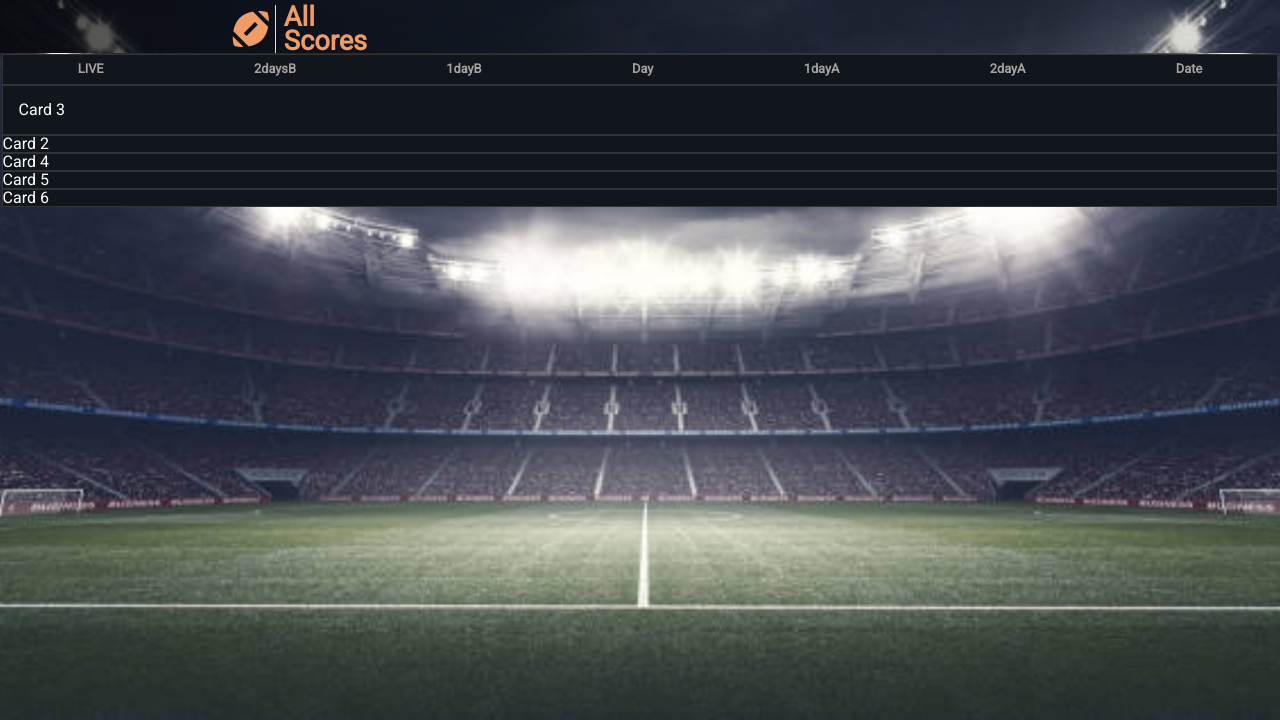
Repository: boomshakar/AllScores
Page: index.html
These files come from the project's save history. The page is drawn as it stood at one moment and after the next save; the edit follows.
The browser window is 1280 px wide. The pictures show the whole page.
The style sheet was rebuilt from its Sass, Less or Tailwind sources for each picture, by a compiler version that may differ from the author's.

Above is the page before, as saved 2021-03-30 02:37:56.

### index.html
<!DOCTYPE html>
<html lang="en">
  <head>
    <meta charset="UTF-8" />
    <meta http-equiv="X-UA-Compatible" content="IE=edge" />
    <meta name="viewport" content="width=device-width, initial-scale=1.0" />
    <title>All Scores</title>
    <link rel="stylesheet" href="css/main.css" />
    <link
      rel="stylesheet"
      href="https://fonts.googleapis.com/icon?family=Material+Icons"
    />
  </head>
  <body>
    <header>
      <a href="index.html" class="head-name__logo">
        <span class="material-icons md-48">sports_football</span>
        <h1>All<br />Scores</h1>
      </a>
      <ul class="head-name">
        <a href="index.html"
          ><li class="head-name__mob active">
            <span class="material-icons md-36">sports_soccer</span>
            <h3>Soccer</h3>
          </li></a
        >
        <a href="#"
          ><li class="head-name__mob">
            <span class="material-icons md-36">sports_basketball</span>
            <h3>Basket</h3>
          </li></a
        >
        <a href="#"
          ><li class="head-name__mob">
            <span class="material-icons md-36">golf_course</span>
            <h3>Golf</h3>
          </li></a
        >
        <a href="#"
          ><li class="head-name__mob">
            <span class="material-icons md-36">sports_tennis</span>
            <h3>Tennis</h3>
          </li></a
        >
      </ul>
      <div class="menu-btn">
        <span class="menu-btn__burger"></span>
      </div>
      <nav class="nav">
        <ul class="menu-nav">
          <div class="menu-nav__time">
            Lorem ipsum, dolor sit amet consectetur adipisicing elit. Qui
            quidem, dignissimos asperiores totam nesciunt laborum at consectetur
            nam temporibus ea.
          </div>
          <li class="menu-nav__item active">
            <a href="index.html" class="menu-nav__link">Soccer</a>
          </li>
          <li class="menu-nav__item">
            <a href="#" class="menu-nav__link">Basketball</a>
          </li>
          <li class="menu-nav__item">
            <a href="#" class="menu-nav__link">Tennis</a>
          </li>
          <li class="menu-nav__item">
            <a href="#" class="menu-nav__link">Hockey</a>
          </li>
          <li class="menu-nav__item">
            <a href="#" class="menu-nav__link">Golf</a>
          </li>
          <li class="menu-nav__item">
            <a href="#" class="menu-nav__link">Basketball</a>
          </li>
          <li class="menu-nav__item">
            <a href="#" class="menu-nav__link">Tennis</a>
          </li>
          <li class="menu-nav__item">
            <a href="#" class="menu-nav__link">Hockey</a>
          </li>
          <li class="menu-nav__item">
            <a href="#" class="menu-nav__link">Golf</a>
          </li>
          <li class="menu-nav__item">
            <a href="#" class="menu-nav__link">Basketball</a>
          </li>
          <li class="menu-nav__item">
            <a href="#" class="menu-nav__link">Tennis</a>
          </li>
          <li class="menu-nav__item">
            <a href="#" class="menu-nav__link">Hockey</a>
          </li>
          <li class="menu-nav__item">
            <a href="#" class="menu-nav__link">Golf</a>
          </li>
          <div class="menu-nav__foot">
            Lorem ipsum dolor sit amet consectetur adipisicing elit. Quisquam
            quod neque provident ex cumque adipisci, iusto, tempora quibusdam
            maxime, magni autem perferendis? Quibusdam, tenetur. Laudantium,
            velit reiciendis deleniti perferendis nesciunt vitae dolores itaque
            aut voluptas dolor veritatis. Optio ducimus consectetur nisi sequi,
            nesciunt id quis mollitia, laborum voluptates necessitatibus modi.
          </div>
        </ul>
      </nav>
    </header>
    <div class="grid-contain">
      <span class="card">
        <div class="date-select">
          <a href="#" class="date-select__link"
            ><div class="date-select__match">LIVE</div></a
          >
          <a href="#" class="date-select__link"
            ><div class="date-select__match">2daysB</div></a
          >
          <a href="#" class="date-select__link"
            ><div class="date-select__match">1dayB</div></a
          >
          <a href="#" class="date-select__link"
            ><div class="date-select__match">Day</div></a
          >
          <a href="#" class="date-select__link"
            ><div class="date-select__match">1dayA</div></a
          >
          <a href="#" class="date-select__link"
            ><div class="date-select__match">2dayA</div></a
          >
          <a href="#" class="date-select__link"
            ><div class="date-select__match">Date</div></a
          >
        </div>
      </span>
      <div class="card">Card 2</div>
      <div class="card">Card 3</div>
      <div class="card">Card 4</div>
      <div class="card">Card 5</div>
      <div class="card">Card 6</div>
    </div>
  </body>
  <script src="main.js"></script>
</html>

### main.js
const menuBtn = document.querySelector(".menu-btn");
const menuBurger = document.querySelector(".menu-btn__burger");
const nav = document.querySelector(".nav");
const headName = document.querySelector(".head-name");
const menuNav = document.querySelector(".menu-nav");
const menuNavList = document.querySelectorAll(".menu-nav__item");

let menuOpen = false;

menuBtn.addEventListener("click", toggleMenu);

function toggleMenu() {
  if (!menuOpen) {
    menuBurger.classList.add("open");
    nav.classList.add("open");
    headName.classList.add("open");
    menuNav.classList.add("open");
    menuNavList.forEach((item) => item.classList.add("open"));

    menuOpen = true;
  } else {
    menuBurger.classList.remove("open");
    nav.classList.remove("open");
    headName.classList.remove("open");
    menuNav.classList.remove("open");
    menuNavList.forEach((item) => item.classList.remove("open"));

    menuOpen = false;
  }
}

### scss/main.scss
@import "config";
@import "menu";
@import "home";
@import "responsive";

body {
  position: relative;
  background: $primary-color;
  color: $text-color;
  height: 100vh;
  font-family: "Roboto", "Segoe UI", Tahoma, Verdana, sans-serif;
  line-height: 1;
  background: url(../img/stadium3.jpg);
  background-size: cover;
  background-repeat: no-repeat;
  background-position: center;
  background-attachment: fixed;
}

header {
  display: flex;
  z-index: 2;
  background: linear-gradient(to right, rgba(#000, 0.7), rgba(#000, 0.1)),
    url(../img/head.jpg);
  background-size: cover;
  background-repeat: no-repeat;
  position: fixed;
  width: 100vw;
  padding-top: 0.3rem;

  a {
    color: $secondary-color;
  }
}

### scss/_config.scss
$primary-color: #24303a;
$secondary-color: #ee9d68;
$text-color: #fae56f;
$text-color2: rgb(167, 162, 162);

* {
  box-sizing: border-box;
  margin: 0;
  padding: 0;
  outline: 0;
  list-style: none;
}
a {
  text-decoration: none;
}

@import url("https://fonts.googleapis.com/css2?family=Roboto&display=swap");

@mixin transition-mix {
  transition: all 0.5s ease-in-out;
}

@mixin media-xxsm {
  @media screen and (max-width: 313px) {
    @content;
    ul.head-name {
      visibility: hidden;
    }
  }
}

@mixin media-xsm {
  @media screen and (min-width: 314px) and (max-width: 359px) {
    @content;
  }
}

@mixin media-sm {
  @media screen and (min-width: 360px) and (max-width: 399px) {
    @content;
  }
}

@mixin media-smd {
  @media screen and (min-width: 400px) {
    @content;
  }
}

@mixin media-md {
  @media screen and (min-width: 500px) {
    @content;
  }
}

@mixin media-lg {
  @media screen and (min-width: 700px) {
    @content;
  }
}

@mixin media-xl {
  @media screen and (min-width: 1000px) {
    @content;
  }
}

### scss/_menu.scss
.menu-btn {
  position: fixed;
  z-index: 1;
  width: 28px;
  height: 20px;
  top: 0.8rem;
  right: 0.7rem;
  background: transparent;
  cursor: pointer;
  @include transition-mix;
  &__burger {
    position: absolute;
    width: 20px;
    height: 3px;
    right: 0.5rem;
    top: 0.5rem;
    background: pink;
    border-radius: 5px;
    @include transition-mix;

    &::before {
      content: "";
      position: absolute;
      width: 28px;
      height: 3px;
      top: -8px;
      background: $text-color;
      border-radius: 5px;
      @include transition-mix;
    }

    &::after {
      content: "";
      position: absolute;
      width: 28px;
      height: 3px;
      top: 8px;
      background: $text-color;
      border-radius: 5px;
      @include transition-mix;
    }

    &.open {
      transform: rotate(720deg);
      background: transparent;

      &::before {
        transform: rotate(45deg) translate(5px, 8px);
        background: $secondary-color;
      }
      &::after {
        transform: rotate(-45deg) translate(3px, -7px);
        background: $secondary-color;
      }
    }
  }
}
nav {
  position: fixed;
  top: 0;
  left: 0;
  width: 100vw;
  visibility: hidden;
  &.open {
    visibility: visible;
  }
}

.menu-nav {
  display: grid;
  grid-template-columns: 1fr;
  grid-template-rows: 1fr;
  width: 100vw;
  height: 100vh;
  top: 50px;
  left: 0;
  right: 0;
  bottom: 0;
  overflow-y: scroll;
  overflow-x: hidden;
  background: $primary-color;
  opacity: 0.97;
  transform: translateY(-100%);
  @include transition-mix;

  &.open {
    transform: translateY(0);
  }
  &__time {
    padding: 1.5rem 1.5rem 1rem 1.5rem;
    line-height: 1.2;
    font-size: 12px;
  }

  &__item {
    transform: translateX(100vw);
    border-bottom: 1px solid rgb(102, 96, 96);
    @include transition-mix;
    &:nth-of-type(1) {
      border-top: 1px solid rgb(102, 96, 96);
    }
    &.open {
      transform: translateX(0);
    }
    &.active > a {
      color: $secondary-color;
    }
  }

  &__link {
    display: grid;
    font-size: 1.1rem;
    padding: 0.7rem 0;
    font-weight: 600;
    text-transform: uppercase;
    text-align: center;
    color: rgb(167, 162, 162);
    @include transition-mix;

    &:hover {
      color: $secondary-color;
    }
  }

  &__foot {
    padding: 2rem 1.5rem 200px 1.5rem;
    font-size: 12px;
  }
}

@for $f from 1 through 14 {
  .menu-nav__item:nth-child(#{$f}) {
    transition-delay: ($f * 0.1s) + 0.05s;
  }
}

### scss/_home.scss
.grid-contain {
  padding: 3.4rem 0.1rem 1.5rem 0.1rem;
  display: grid;
  grid-template-columns: 1fr;

  .card {
    background: darken($primary-color, 10%);
    border: 1px solid #333;
    color: #fff;

    &:nth-child(1) {
      //date selector
      grid-column: 1 / 1;
      grid-row: 1/ 2;
      .date-select {
        display: flex;
        flex-direction: row;
        justify-content: space-around;
        &__link {
          color: $text-color2;
          padding: 0.5rem 1rem;
          font-size: 0.8rem;
          font-weight: 600;
        }
      }
    }

    &:nth-child(2) {
      //left side
      grid-column: 1;
      grid-row: 3 / 4;
    }

    &:nth-child(3) {
      //main menu
      grid-column: 1;
      grid-row: 2 / 3;
      padding: 1rem;
    }

    &:nth-child(4) {
      //right side
      grid-column: 1;
      grid-row: 4 / 5;
    }

    &:nth-child(5) {
      //stciky ad below
      grid-column: 1;
      grid-row: 5 / 6;
    }

    &:nth-child(6) {
      //footer
      grid-column: 1;
      grid-row: 6 / 7;
    }
  }
}

### scss/_responsive.scss
@include media-xxsm {
  header {
    height: 2.8rem;
    justify-content: space-between;
    .head-name__logo {
      display: flex;
      flex-direction: row;
      cursor: pointer;
      &:hover > .material-icons {
        color: $text-color;
      }

      .material-icons {
        font-size: 2.5rem;
        align-items: center;
        cursor: pointer;
        @include transition-mix;
      }
      h1 {
        font-weight: 800;
        border-left: 1px solid $text-color;
        line-height: 1.3rem;
        padding: 0 0.5rem;
        font-size: 1.1rem;
        cursor: pointer;
      }
    }
  }
}

@include media-xsm {
  header {
    justify-content: space-between;
    .head-name__logo {
      display: flex;
      flex-direction: row;
      cursor: pointer;
      height: 2.5rem;
      &:hover > .material-icons {
        color: $text-color;
      }

      .material-icons {
        font-size: 2.5rem;
        align-items: center;
        cursor: pointer;
        @include transition-mix;
      }
      h1 {
        font-weight: 800;
        border-left: 1px solid $text-color;
        line-height: 1.3rem;
        padding: 0 0.5rem;
        font-size: 1.1rem;
        cursor: pointer;
      }
    }
    ul.head-name {
      display: flex;
      flex-direction: row;
      margin-right: 2rem;
      &.open {
        visibility: hidden;
      }

      .head-name__mob {
        border-left: 1px solid $text-color2;
        padding: 0 0.2rem;
        text-align: center;
        width: 3rem;
        @include transition-mix;
        &.active {
          background: linear-gradient(
            to right,
            rgba(#fff, 0.3),
            rgba(#fff, 0.1)
          );
          color: $text-color;
          border-radius: 5px;
          border-left: 1px solid $text-color;
        }
        &:hover > .material-icons {
          color: $text-color;
        }
      }
      .material-icons {
        font-size: 1.3rem;
        cursor: pointer;
        @include transition-mix;
      }
      h3 {
        font-size: 0.7rem;
      }
    }
    .menu-btn {
      right: -0.3rem;
    }
  }
}

@include media-sm {
  header {
    justify-content: space-between;
    .head-name__logo {
      display: flex;
      flex-direction: row;
      cursor: pointer;
      height: 2.5rem;
      &:hover > .material-icons {
        color: $text-color;
      }

      .material-icons {
        font-size: 2.5rem;
        align-items: center;
        cursor: pointer;
        @include transition-mix;
      }
      h1 {
        font-weight: 800;
        border-left: 1px solid $text-color;
        line-height: 1.3rem;
        padding: 0 0.5rem;
        font-size: 1.1rem;
        cursor: pointer;
      }
    }
    ul.head-name {
      display: flex;
      flex-direction: row;
      margin-right: 2rem;
      &.open {
        visibility: hidden;
      }

      .head-name__mob {
        border-left: 1px solid $text-color2;
        padding: 0 0.5rem;
        text-align: center;
        width: 3.3rem;
        &.active {
          background: linear-gradient(
            to right,
            rgba(#fff, 0.3),
            rgba(#fff, 0.1)
          );
          color: $text-color;
          border-radius: 5px;
          border-left: 1px solid $text-color;
        }
        &:hover > .material-icons {
          color: $text-color;
        }
      }
      .material-icons {
        font-size: 1.3rem;
        cursor: pointer;
        @include transition-mix;
      }
      h3 {
        font-size: 0.8rem;
      }
    }
    .menu-btn {
      right: 0.3rem;
    }
  }
}

@include media-smd {
  header {
    justify-content: space-between;
    .head-name__logo {
      display: flex;
      flex-direction: row;
      cursor: pointer;
      &:hover > .material-icons {
        color: $text-color;
      }

      .material-icons {
        font-size: 3rem;
        align-items: center;
        cursor: pointer;
        @include transition-mix;
      }
      h1 {
        font-weight: 800;
        border-left: 1px solid $text-color;
        line-height: 1.5rem;
        padding: 0 0.5rem;
        font-size: 1.4rem;
        cursor: pointer;
      }
    }
    ul.head-name {
      display: flex;
      flex-direction: row;
      margin-right: 2rem;
      &.open {
        visibility: hidden;
      }

      .head-name__mob {
        border-left: 1px solid $text-color2;
        padding: 0 0.3rem;
        text-align: center;
        width: 3.4rem;
        @include transition-mix;
        &.active {
          background: linear-gradient(
            to right,
            rgba(#fff, 0.3),
            rgba(#fff, 0.1)
          );
          color: $text-color;
          border-radius: 5px;
          border-left: 1px solid $text-color;
        }
        &:hover > .material-icons {
          color: $text-color;
        }
      }
      .material-icons {
        font-size: 1.7rem;
        cursor: pointer;
        @include transition-mix;
      }
      h3 {
        font-size: 0.8rem;
      }
    }
    .menu-btn {
      top: 1.2rem;
      right: 0.4rem;
    }
  }
}

@include media-md {
  header {
    justify-content: space-between;
    .head-name__logo {
      display: flex;
      flex-direction: row;
      cursor: pointer;
      &:hover > .material-icons {
        color: $text-color;
      }

      .material-icons {
        font-size: 3rem;
        align-items: center;
        cursor: pointer;
        @include transition-mix;
      }
      h1 {
        font-weight: 800;
        border-left: 1px solid $text-color;
        line-height: 1.5rem;
        padding: 0 0.5rem;
        font-size: 1.7rem;
        cursor: pointer;
      }
    }
    ul.head-name {
      display: flex;
      flex-direction: row;
      margin-right: 5rem;
      &.open {
        visibility: hidden;
      }

      .head-name__mob {
        border-left: 1px solid $text-color2;
        padding: 0 0.5rem;
        text-align: center;
        width: 3.8rem;
        @include transition-mix;
        &.active {
          background: linear-gradient(
            to right,
            rgba(#fff, 0.3),
            rgba(#fff, 0.1)
          );
          color: $text-color;
          border-radius: 5px;
          border-left: 1px solid $text-color;
        }
        &:hover > .material-icons {
          color: $text-color;
        }
      }
      .material-icons {
        font-size: 1.7rem;
        cursor: pointer;
        @include transition-mix;
      }
      h3 {
        font-size: 0.8rem;
      }
    }
  }
}

@include media-lg {
  header {
    justify-content: space-evenly;
    .head-name__logo {
      display: flex;
      flex-direction: row;
      cursor: pointer;
      margin-right: 8rem;
      &:hover > .material-icons {
        color: $text-color;
      }

      .material-icons {
        font-size: 3rem;
        align-items: center;
        cursor: pointer;
        @include transition-mix;
      }
      h1 {
        font-weight: 800;
        border-left: 1px solid $text-color;
        line-height: 1.5rem;
        padding: 0 0.5rem;
        font-size: 1.7rem;
        cursor: pointer;
      }
    }
    ul.head-name {
      display: flex;
      flex-direction: row;
      &.open {
        visibility: hidden;
      }

      .head-name__mob {
        border-left: 1px solid $text-color2;
        padding: 0 0.3rem;
        text-align: center;
        width: 3.8rem;
        &.active {
          background: linear-gradient(
            to right,
            rgba(#fff, 0.3),
            rgba(#fff, 0.1)
          );
          color: $text-color;
          border-radius: 5px;
          border-left: 1px solid $text-color;
        }
        &:hover > .material-icons {
          color: $text-color;
        }
      }
      .material-icons {
        font-size: 1.7rem;
        cursor: pointer;
        @include transition-mix;
      }
      h3 {
        font-size: 0.8rem;
      }
    }
    .menu-btn {
      visibility: hidden;
    }
  }
}

@include media-xl {
  header {
    justify-content: space-evenly;
    .head-name__logo {
      display: flex;
      flex-direction: row;
      cursor: pointer;
      margin-right: 8rem;
      &:hover > .material-icons {
        color: $text-color;
      }

      .material-icons {
        font-size: 3rem;
        align-items: center;
        cursor: pointer;
        @include transition-mix;
      }
      h1 {
        font-weight: 800;
        border-left: 1px solid $text-color;
        line-height: 1.5rem;
        padding: 0 0.5rem;
        font-size: 1.7rem;
        cursor: pointer;
      }
    }
    ul.head-name {
      display: flex;
      flex-direction: row;
      &.open {
        visibility: hidden;
      }

      .head-name__mob {
        border-left: 1px solid $text-color2;
        padding: 0 0.3rem;
        text-align: center;
        width: 3.8rem;
        &.active {
          background: linear-gradient(
            to right,
            rgba(#fff, 0.3),
            rgba(#fff, 0.1)
          );
          color: $text-color;
          border-radius: 5px;
          border-left: 1px solid $text-color;
        }
        &:hover > .material-icons {
          color: $text-color;
        }
      }
      .material-icons {
        font-size: 1.7rem;
        cursor: pointer;
        @include transition-mix;
      }
      h3 {
        font-size: 0.8rem;
      }
    }
  }
}

After the next save:
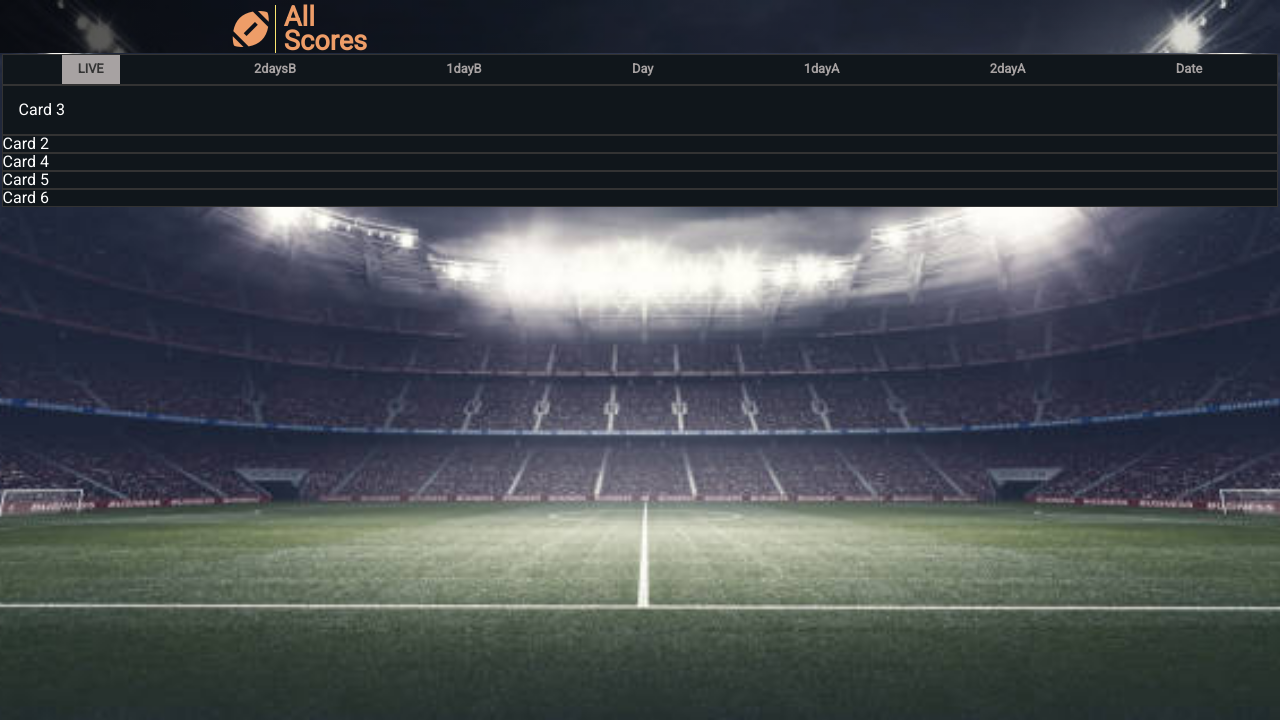
Saved 100 s later.
--- a/scss/_home.scss
+++ b/scss/_home.scss
@@ -21,6 +21,11 @@
           padding: 0.5rem 1rem;
           font-size: 0.8rem;
           font-weight: 600;
+
+          &:nth-child(1) {
+            color: #333;
+            background: $text-color2;
+          }
         }
       }
     }
